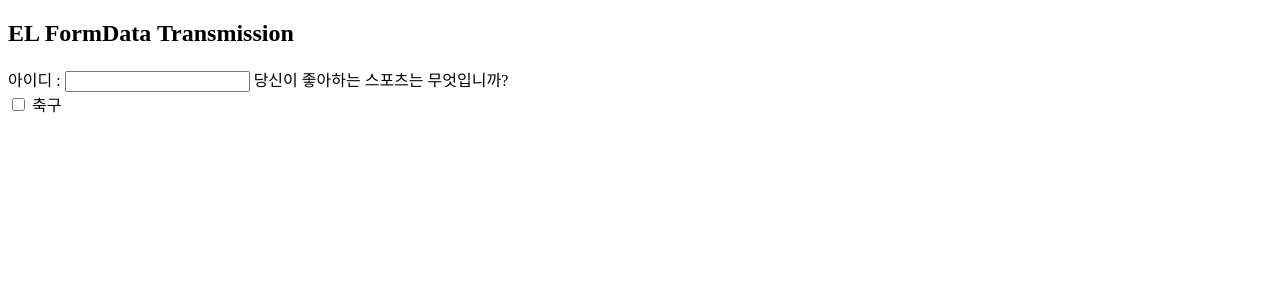
Repository: Rua1006/JSP
Page: http://localhost/practice02/05.ELDataForm.jsp
These files come from the project's save history. The page is drawn as it stood at one moment and after the next save; the edit follows.
The browser window is 1280 px wide. The pictures show the whole page.
The page is served by Tomcat 9. Other server files are loaded and not shown.

Above is the page before, as saved 2022-11-10 04:44:42.

### practice02/WebContent/05.ELDataForm.jsp
<%@ page language="java" contentType="text/html; charset=UTF-8"
    pageEncoding="UTF-8"%>
<%@ taglib prefix="c" uri="http://java.sun.com/jsp/jstl/core" %>
<%@ taglib prefix="fmt" uri="http://java.sun.com/jsp/jstl/fmt" %>
<%@ page import ="java.util.*" %>
<%@ page import ="java.text.*, java.net.InetAddress" %>
<%@ page import ="com.example.*" %>
<%@ include file = "common.jsp" %>
<%
	pageContext.setAttribute("pname", "강병수");
	request.setAttribute("rname", "김진수");
	session.setAttribute("sname", "장다인");
	application.setAttribute("aname", "이하늘");
%>
<!DOCTYPE html>
<html>
<head>
<meta charset="UTF-8">
<title>05ELDataForm</title>
</head>
<body>
	<h2>EL FormData Transmission</h2>
	<form action="05ELParam" method="post">
		<label for="id">아이디</label> :
		<input type="text" name="id">
		당신이 좋아하는 스포츠는 무엇입니까?<br>
		<input type="checkbox" id="hobby1" name="hobby" value="축구">
		<label for="hobby1">축구</label><br>
	</form>
</body>
</html>

Loaded but not shown: practice02/WebContent/common.jsp (common file)

After the next save:
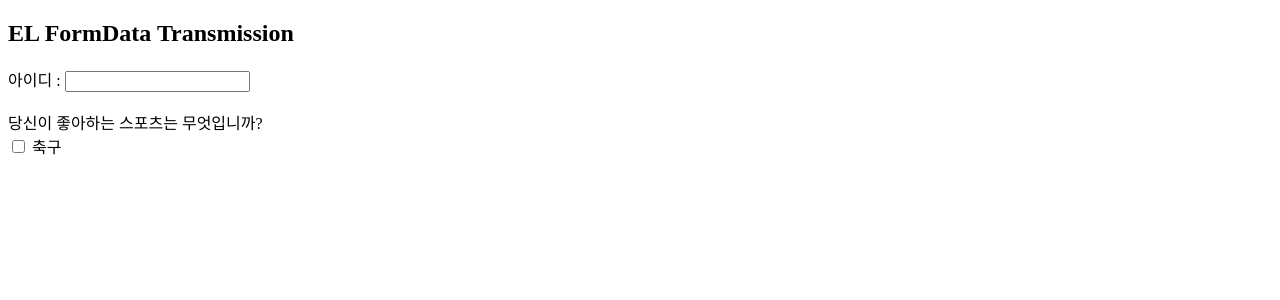
Saved 11 s later.
--- a/practice02/WebContent/05.ELDataForm.jsp
+++ b/practice02/WebContent/05.ELDataForm.jsp
@@ -22,7 +22,7 @@
 	<h2>EL FormData Transmission</h2>
 	<form action="05ELParam" method="post">
 		<label for="id">아이디</label> :
-		<input type="text" name="id">
+		<input type="text" name="id"><br><br>
 		당신이 좋아하는 스포츠는 무엇입니까?<br>
 		<input type="checkbox" id="hobby1" name="hobby" value="축구">
 		<label for="hobby1">축구</label><br>
